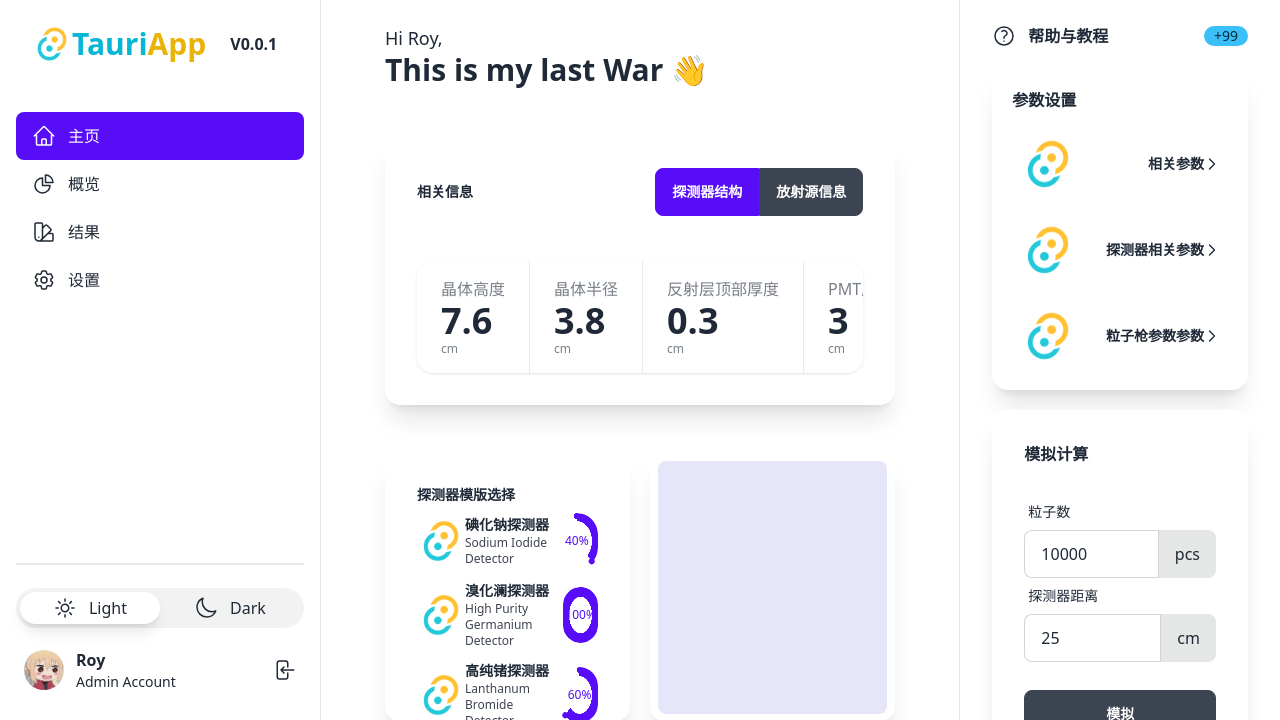
Repository: XMZOVO/tauri-geant4
Page: /
These files come from the project's save history. The page is drawn as it stood at one moment and after the next save; the edit follows.
The browser window is 1280 px wide. The pictures show the whole page.
The page's requests for data from a server got no answer. An inner scrolling area shows only its first screen. The project was rebuilt for these pictures with package versions that can differ from the ones it lists, and the page was loaded fresh each time. No one was signed in, and anything a server would have sent is missing. Also part of the build but not shown: vite.config.ts.

Above is the page before, as saved 2022-09-11 19:15:02.

### src/main.ts
import { createApp } from "vue";
import App from "./App.vue";
import "./index.css";
import { Router } from "./router";
import { createPinia } from "pinia";

const pinia = createPinia();

createApp(App).use(pinia).use(Router).mount("#app");

### src/router/index.ts
import { createRouter, createWebHistory } from "vue-router";

const routes = [
  {
    path: "",
    component: () => import("../components/MainWindow.vue"),
    children: [
      {
        path: "",
        component: () => import("../components/Home.vue"),
      },
      {
        path: "Setting",
        component: () => import("../components/Setting.vue"),
      },
      {
        path: "Results",
        component: () => import("../components/Results.vue"),
      },
      {
        path: "Overview",
        component: () => import("../components/Overview.vue"),
      },
      // {
      //   path: "Plan",
      //   component: () => import("../components/Plan.vue"),
      // },
    ],
  },
];

export const Router = createRouter({
  scrollBehavior: () => ({ left: 0, top: 0 }),
  history: createWebHistory(),
  routes,
});

### src/components/Home.vue
<script setup lang="ts">
import { ref, onMounted } from "vue";
import { invoke } from "@tauri-apps/api/tauri";
import { useRouter, onBeforeRouteLeave, onBeforeRouteUpdate } from "vue-router";
import path from "path";
import { exit } from "@tauri-apps/api/process";
import { fetch } from "@tauri-apps/api/http";

const router = useRouter();
const greetMsg = ref("");
const name = ref("");
let specFile = ref("");
let JSRootPath = ref("/JsRoot720/");

let detectorSrc = ref(
  JSRootPath.value +
    "index.htm?nobrowser&file=http://localhost:8080/file/G4Backend/build/rootFiles/test.root&item=Default;1&opt=ssao;transp60"
);

const parametersNames = ref([
  { name: "探测器结构", checked: true },
  { name: "放射源信息", checked: false },
]);
const selectedName = ref("钻井液性能");
const detectorProperties = ref([
  { name: "晶体高度", value: 7.6, unit: "cm" },
  { name: "晶体半径", value: 3.8, unit: "cm" },
  { name: "反射层顶部厚度", value: "0.3", unit: "cm" },
  { name: "PMT厚度", value: 3, unit: "cm" },
]);
const radioactiveProperties = ref([
  { name: "放射性同位素", value: "Co60", unit: "" },
  { name: "粒子数", value: 1000, unit: "" },
  { name: "3", value: 20, unit: "" },
  { name: "4", value: 0.02, unit: "" },
  { name: "5", value: 10, unit: "" },
]);
const detectorList = ref([
  { name: "碘化钠探测器", percent: 40, description: "Sodium Iodide Detector" },
  {
    name: "溴化澜探测器",
    percent: 100,
    description: "High Purity Germanium Detector",
  },
  {
    name: "高纯锗探测器",
    percent: 60,
    description: "Lanthanum Bromide Detector",
  },
]);
const paticleParameters = ref([
  { name: "粒子数", value: 10000, unit: "pcs" },
  { name: "探测器距离", value: 25, unit: "cm" },
]);
const btnWait = ref("");

async function greet() {
  greetMsg.value = await invoke("greet", { name: name.value });
}

onMounted(async () => {});

const parametersInfoChanged = (name: String) => {
  if (name == "探测器结构") {
    parametersNames.value[0].checked = true;
    parametersNames.value[1].checked = false;
  } else {
    parametersNames.value[0].checked = false;
    parametersNames.value[1].checked = true;
  }
};

const executeCalculate = async () => {
  if (paticleParameters.value[0].value > 10000000) {
    alert("粒子数过大");
    return;
  }
  btnWait.value = "loading";
  const response = await fetch("http://localhost:8080/g4", {
    method: "POST",
    query: {
      ch: detectorProperties.value[0].value.toString(),
      cr: detectorProperties.value[1].value.toString(),
      rtt: detectorProperties.value[2].value.toString(),
      num: paticleParameters.value[0].value.toString(),
    },
  }).then((res) => {
    btnWait.value = "";
    router.push({ path: "/Overview" });
  });
};

const refreshDetector = async () => {
  detectorSrc.value = " ";
  await fetch("http://localhost:8080/gdml", {
    method: "GET",
    query: {
      ch: detectorProperties.value[0].value.toString(),
      cr: detectorProperties.value[1].value.toString(),
      rtt: detectorProperties.value[2].value.toString(),
      pmt: detectorProperties.value[3].value.toString(),
    },
  }).then(() => {
    // let iframe: any = document.getElementById("iframe");
    // iframe.contentWindow.location.reload(true);
    detectorSrc.value =
      JSRootPath.value +
      "index.htm?nobrowser&file=http://localhost:8080/file/G4Backend/build/rootFiles/wtest.root&item=Default;1&opt=ssao;transp60";
  });
};

const exitApp = async () => {
  await exit(1);
};
</script>

<template>
  <!-- <div class="card">
    <input id="greet-input" v-model="name" placeholder="Enter a name..." />
    <button type="button" @click="greet()">Greet</button>
  </div>

  <p>{{ greetMsg }}</p> -->

  <div class="flex h-full w-full">
    <div class="w-2/3 space-y-12 border-r border-base-300 py-6 px-16">
      <div class="h-auto">
        <span class="block text-lg font-normal">Hi Roy,</span>
        <span class="block text-3xl font-bold"
          >This is my last War &#128075;</span
        >
      </div>
      <div class="card h-2/5 w-full shadow-xl">
        <div class="card-body justify-between">
          <div class="flex justify-between">
            <p class="card-title text-sm">相关信息</p>
            <!-- 选择框 -->
            <!-- <div class="form-control w-1/3 max-w-xs">
              <select
                class="select select-bordered focus:outline-none"
                @change="parametersInfoChanged($event)"
              >
                <option v-for="item in parametersNames">{{ item }}</option>
              </select>
            </div> -->
            <div class="btn-group">
              <input
                v-for="item in parametersNames"
                type="radio"
                name="options"
                :data-title="item.name"
                class="btn"
                :checked="item.checked"
                @change="parametersInfoChanged(item.name)"
              />
            </div>
          </div>
          <!-- 统计信息 -->
          <div
            class="stats stats-vertical overflow-hidden shadow lg:stats-horizontal"
          >
            <div
              class="stat"
              v-if="parametersNames[0].checked"
              v-for="item in detectorProperties"
            >
              <div class="stat-title">{{ item.name }}</div>
              <div class="stat-value">{{ item.value }}</div>
              <div class="stat-desc">{{ item.unit }}</div>
            </div>
            <div
              class="stat"
              v-if="parametersNames[1].checked"
              v-for="item in radioactiveProperties"
            >
              <div class="stat-title">{{ item.name }}</div>
              <div class="stat-value">{{ item.value }}</div>
              <div class="stat-desc">{{ item.unit }}</div>
            </div>
          </div>
        </div>
      </div>
      <!-- 底部双卡片 -->
      <div class="flex h-2/5 space-x-5">
        <!-- 1 -->
        <div class="card w-1/2 bg-base-100 shadow-xl">
          <div class="card-body">
            <p class="text-sm font-semibold">探测器模版选择</p>
            <!-- item -->
            <div class="flex flex-col gap-3">
              <div
                v-for="(item, index) in detectorList"
                class="flex items-center justify-between"
              >
                <div class="flex items-center">
                  <img src="../assets/icon.png" class="h-12 w-12" />
                  <div class="flex flex-col">
                    <p class="text-sm font-semibold">{{ item.name }}</p>
                    <p class="text-xs text-neutral">
                      {{ item.description }}
                    </p>
                  </div>
                </div>
                <div
                  class="radial-progress text-xs text-primary"
                  :style="
                    '--value: ' +
                    item.percent +
                    '; --size: 3.5rem; --thickness: 6px'
                  "
                >
                  {{ item.percent }}%
                </div>
              </div>
            </div>
            <btn class="btn rounded-xl"> 更多模版</btn>
          </div>
        </div>
        <!-- 2 -->
        <div class="card w-1/2 bg-base-100 shadow-xl">
          <div class="card-body p-2">
            <iframe
              :src="detectorSrc"
              frameborder="0"
              class="h-full w-full rounded-lg"
            ></iframe>
            <!-- <div class="h-full w-full bg-black" id="drawing"></div> -->
          </div>
        </div>
      </div>
    </div>

    <!-- 右侧 -->
    <div class="w-1/3 flex-col space-y-5 px-8 pt-6">
      <!-- 帮助 -->
      <div class="flex items-center justify-between">
        <div class="flex items-center space-x-3">
          <svg
            xmlns="http://www.w3.org/2000/svg"
            fill="none"
            viewBox="0 0 24 24"
            stroke-width="1.5"
            stroke="currentColor"
            class="h-6 w-6"
          >
            <path
              stroke-linecap="round"
              stroke-linejoin="round"
              d="M9.879 7.519c1.171-1.025 3.071-1.025 4.242 0 1.172 1.025 1.172 2.687 0 3.712-.203.179-.43.326-.67.442-.745.361-1.45.999-1.45 1.827v.75M21 12a9 9 0 11-18 0 9 9 0 0118 0zm-9 5.25h.008v.008H12v-.008z"
            />
          </svg>
          <label class="font-bold">帮助与教程</label>
        </div>
        <div class="badge badge-info">+99</div>
      </div>
      <!-- 帮助 -->
      <!-- 卡1 -->
      <div class="flex space-x-5">
        <div class="card w-full overflow-visible bg-base-100 shadow-xl">
          <div class="card-body p-5">
            <div class="flex-col space-y-5">
              <p class="text-md font-bold">参数设置</p>

              <!-- 溢流物 -->
              <div class="dropdown-left dropdown w-full">
                <div
                  tabindex="0"
                  class="flex items-center justify-between rounded-xl px-2 py-1 duration-300 hover:cursor-pointer hover:bg-primary hover:text-base-100"
                >
                  <img src="../assets/icon.png" class="h-14 w-14 rounded-xl" />
                  <div class="flex items-center">
                    <p class="text-sm font-bold">相关参数</p>
                    <svg
                      xmlns="http://www.w3.org/2000/svg"
                      fill="none"
                      viewBox="0 0 24 24"
                      stroke-width="2"
                      stroke="currentColor"
                      class="h-4 w-4"
                    >
                      <path
                        stroke-linecap="round"
                        stroke-linejoin="round"
                        d="M8.25 4.5l7.5 7.5-7.5 7.5"
                      />
                    </svg>
                  </div>
                </div>
                <!-- 浮动窗口 -->
                <div
                  tabindex="0"
                  class="card dropdown-content rounded-box w-full bg-base-100 shadow"
                >
                  <div class="card-body space-y-3">
                    <p class="font-bold">设置相关参数</p>
                    <div
                      v-for="item in detectorList"
                      class="flex items-center justify-between"
                    >
                      <p>{{ item.name }}</p>
                      <p class="font-bold text-primary">{{ item.percent }}%</p>
                      <input
                        type="range"
                        min="0"
                        max="100"
                        v-model="item.percent"
                        class="range range-xs w-1/2"
                        step="1"
                      />
                    </div>
                  </div>
                </div>
              </div>
              <!-- 溢流物 -->
              <!-- 钻井液 -->
              <div class="dropdown-left dropdown w-full">
                <div
                  tabindex="0"
                  class="flex items-center justify-between rounded-xl px-2 py-1 duration-300 hover:cursor-pointer hover:bg-primary hover:text-base-100"
                >
                  <img src="../assets/icon.png" class="h-14 w-14 rounded-xl" />
                  <div class="flex items-center">
                    <p class="text-sm font-bold">探测器相关参数</p>
                    <svg
                      xmlns="http://www.w3.org/2000/svg"
                      fill="none"
                      viewBox="0 0 24 24"
                      stroke-width="2"
                      stroke="currentColor"
                      class="h-4 w-4"
                    >
                      <path
                        stroke-linecap="round"
                        stroke-linejoin="round"
                        d="M8.25 4.5l7.5 7.5-7.5 7.5"
                      />
                    </svg>
                  </div>
                </div>
                <!-- 浮动窗口 -->
                <div
                  tabindex="0"
                  class="card dropdown-content rounded-box w-96 bg-base-100 shadow"
                >
                  <div class="card-body space-y-1">
                    <div class="flex items-center">
                      <p class="font-bold">设置探测器参数</p>
                      <button class="btn btn-xs" @click="refreshDetector">
                        刷新探测器模型
                      </button>
                    </div>
                    <div
                      v-for="item in detectorProperties"
                      class="form-control"
                    >
                      <label class="label">
                        <span class="label-text">{{ item.name }}</span>
                      </label>
                      <label class="input-group">
                        <input
                          type="text"
                          v-model="item.value"
                          class="input input-bordered w-3/4 focus:outline-none"
                        />
                        <span class="w-1/4">{{ item.unit }}</span>
                      </label>
                    </div>
                  </div>
                </div>
              </div>
              <!-- 钻井液 -->
              <!-- 节流压 -->
              <div class="dropdown-left dropdown w-full">
                <div
                  tabindex="0"
                  class="flex items-center justify-between rounded-xl px-2 py-1 duration-300 hover:cursor-pointer hover:bg-primary hover:text-base-100"
                >
                  <img src="../assets/icon.png" class="h-14 w-14 rounded-xl" />
                  <div class="flex items-center">
                    <p class="text-sm font-bold">粒子枪参数参数</p>
                    <svg
                      xmlns="http://www.w3.org/2000/svg"
                      fill="none"
                      viewBox="0 0 24 24"
                      stroke-width="2"
                      stroke="currentColor"
                      class="h-4 w-4"
                    >
                      <path
                        stroke-linecap="round"
                        stroke-linejoin="round"
                        d="M8.25 4.5l7.5 7.5-7.5 7.5"
                      />
                    </svg>
                  </div>
                </div>
                <!-- 浮动窗口 -->
                <div
                  tabindex="0"
                  class="card dropdown-content rounded-box w-96 bg-base-100 shadow"
                >
                  <div class="card-body space-y-3">
                    <p class="font-bold">设置粒子枪参数</p>
                    <div
                      v-for="item in radioactiveProperties"
                      class="form-control"
                    >
                      <label class="label">
                        <span class="label-text">{{ item.name }}</span>
                      </label>
                      <label class="input-group">
                        <input
                          type="text"
                          v-model="item.value"
                          class="input input-bordered w-3/4 focus:outline-none"
                        />
                        <span class="w-1/4">{{ item.unit }}</span>
                      </label>
                    </div>
                  </div>
                </div>
              </div>
              <!-- 节流压 -->
            </div>
          </div>
        </div>
      </div>
      <!-- 卡2 -->
      <div class="flex space-x-5">
        <div class="card w-full bg-base-100 shadow-xl">
          <div class="card-body space-y-5">
            <p class="text-md font-bold">模拟计算</p>
            <div>
              <div v-for="item in paticleParameters" class="form-control">
                <label class="label">
                  <span class="label-text">{{ item.name }}</span>
                </label>
                <label class="input-group">
                  <input
                    type="text"
                    placeholder="0.01"
                    v-model="item.value"
                    class="input input-bordered w-full focus:outline-none"
                  />
                  <span>{{ item.unit }}</span>
                </label>
              </div>
            </div>
            <!-- 计算 -->
            <button :class="'btn w-full ' + btnWait" @click="executeCalculate">
              模拟
            </button>
          </div>
        </div>
      </div>
    </div>
  </div>
</template>

<style scoped></style>

Loaded but not shown: index.html (common file); src/App.vue (common file); src/index.css (common file); tailwind.config.cjs (common file); public/JsRoot720/modules/d3.mjs (library); public/JsRoot720/modules/gui/HierarchyPainter.mjs (library); public/JsRoot720/modules/io.mjs (3859 lines, source omitted); public/JsRoot720/modules/gpad/TFramePainter.mjs (2781 lines, source omitted); public/JsRoot720/modules/gpad/TPadPainter.mjs (2078 lines, source omitted); public/JsRoot720/modules/gui/menu.mjs (1573 lines, source omitted); public/JsRoot720/modules/core.mjs (1681 lines, source omitted); public/JsRoot720/modules/gui/display.mjs (1711 lines, source omitted); public/JsRoot720/modules/base/ObjectPainter.mjs (1608 lines, source omitted); public/JsRoot720/modules/base/math.mjs (2061 lines, source omitted); public/JsRoot720/modules/gpad/TAxisPainter.mjs (1330 lines, source omitted); public/JsRoot720/modules/hist/TPavePainter.mjs (1257 lines, source omitted); public/JsRoot720/modules/base/latex.mjs (1324 lines, source omitted); public/JsRoot720/modules/draw.mjs (618 lines, source omitted); public/JsRoot720/modules/gui/utils.mjs (511 lines, source omitted); public/JsRoot720/modules/gpad/TCanvasPainter.mjs (756 lines, source omitted); public/JsRoot720/modules/base/BasePainter.mjs (670 lines, source omitted); public/JsRoot720/modules/base/TAttFillHandler.mjs (343 lines, source omitted); public/JsRoot720/modules/base/TAttMarkerHandler.mjs (292 lines, source omitted); public/JsRoot720/modules/gui.mjs (206 lines, source omitted); public/JsRoot720/modules/base/colors.mjs (172 lines, source omitted); public/JsRoot720/modules/base/TAttLineHandler.mjs (166 lines, source omitted); public/JsRoot720/modules/base/FontHandler.mjs (139 lines, source omitted); src/components/MainWindow.vue (303 lines, source omitted)

After the next save:
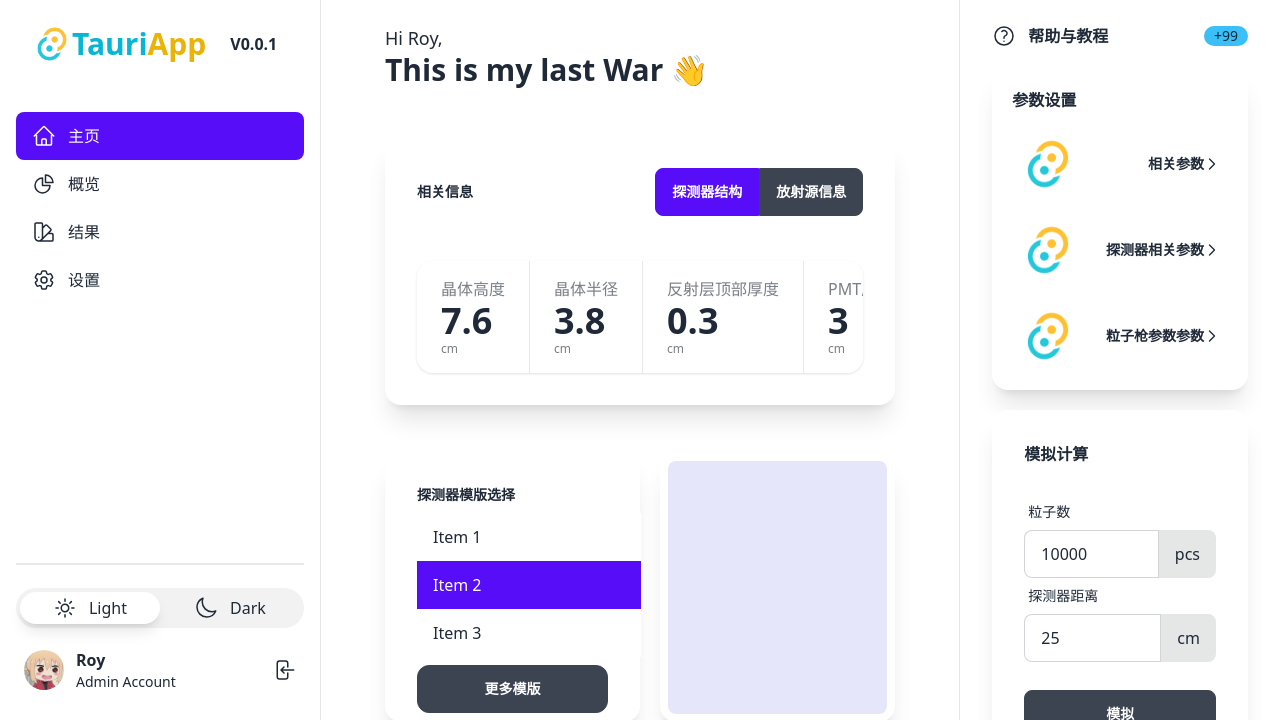
Saved 38 s later.
--- a/src/components/Home.vue
+++ b/src/components/Home.vue
@@ -188,7 +188,12 @@ const exitApp = async () => {
             <p class="text-sm font-semibold">探测器模版选择</p>
             <!-- item -->
             <div class="flex flex-col gap-3">
-              <div
+              <ul class="menu w-56 bg-base-100">
+                <li><a>Item 1</a></li>
+                <li><a class="active">Item 2</a></li>
+                <li><a>Item 3</a></li>
+              </ul>
+              <!-- <div
                 v-for="(item, index) in detectorList"
                 class="flex items-center justify-between"
               >
@@ -211,7 +216,7 @@ const exitApp = async () => {
                 >
                   {{ item.percent }}%
                 </div>
-              </div>
+              </div> -->
             </div>
             <btn class="btn rounded-xl"> 更多模版</btn>
           </div>
